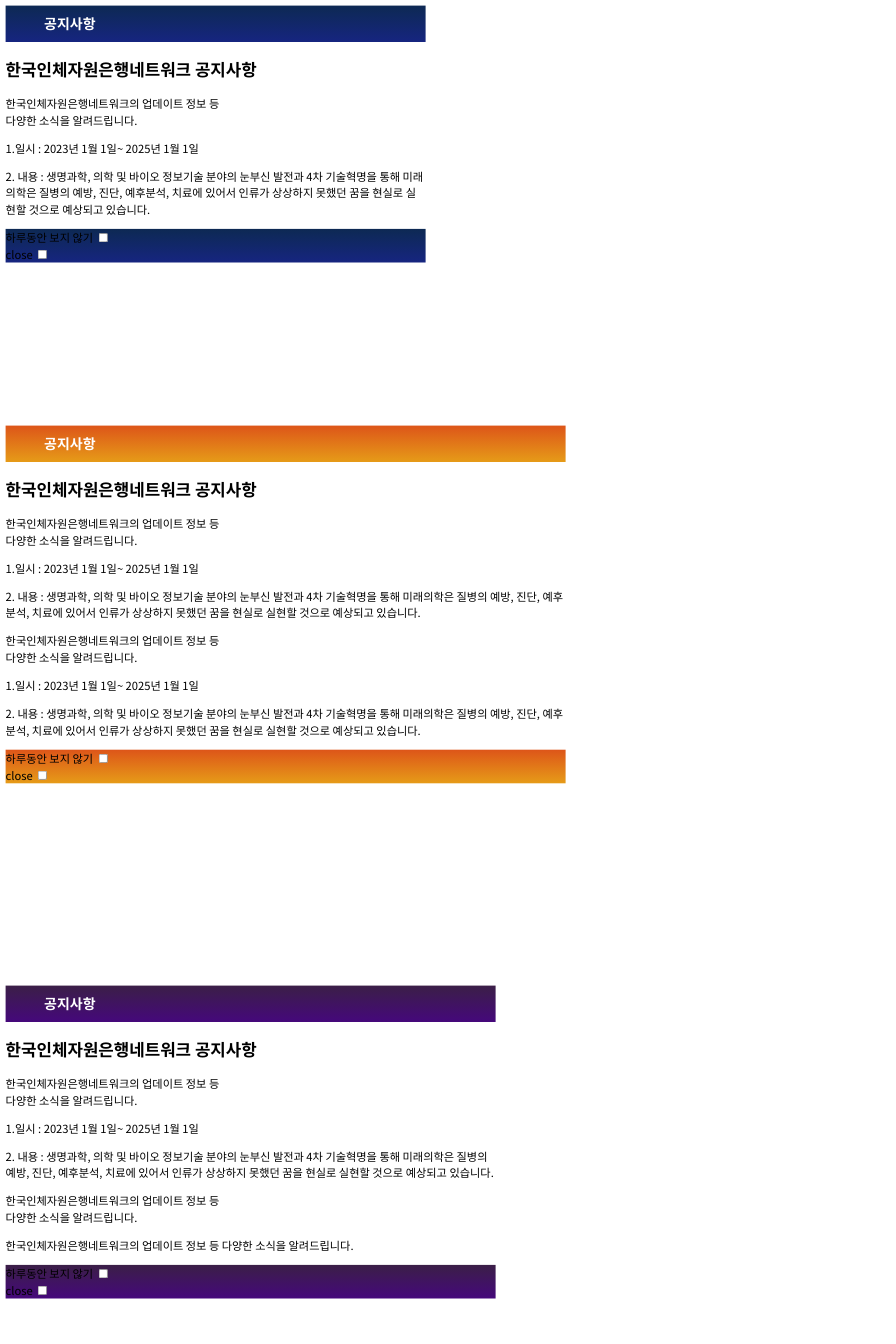
Repository: dlgywls1130/common_popup
Page: img/index.html
These files come from the project's save history. The page is drawn as it stood at one moment and after the next save; the edit follows.
The browser window is 1280 px wide. The pictures show the part of the page from y = 0 to 1920 px (the page is 2616 px tall), at 70% of full size.

Above is the page before, as saved 2023-10-25 23:46:36.

### img/index.html
<!DOCTYPE html>
<html lang="en">
<head>
    <meta charset="UTF-8">
    <meta name="viewport" content="width=device-width, initial-scale=1.0">
    <title>Document</title>

    <link rel="stylesheet" href="./style.css">
</head>
<body>

    <!-- 첫번째 팝업 -->
    <div class="common_modal blue">
        <div class="common_head ">
            공지사항
        </div>
        <div class="common_body">
            <h2 class="common_body_head">
                한국인체자원은행네트워크 공지사항
            </h2>
            <div class="common_body_span">
                한국인체자원은행네트워크의 업데이트 정보 등
                <br>다양한 소식을 알려드립니다.
            </div>
            <div class="common_body_descript">
                <p>1.일시 : 2023년 1월 1일~ 2025년 1월 1일</p>
                <p>2. 내용 : 생명과학, 의학 및 바이오 정보기술 분야의 눈부신
                발전과 4차 기술혁명을 통해 미래의학은 질병의 예방, 진단,
                예후분석, 치료에 있어서 인류가 상상하지 못했던 꿈을 현실로
                실현할 것으로 예상되고 있습니다.</p>
            </div>
        </div>
        <div class="common_footer">
            <div class="day_off">
                <label for="all-none">하루동안 보지 않기</label>
                <input id="all-none" type="checkbox">
            </div>
            <div class="day_off">
                <label for="closechk">close</label>
                <input id="closechk" type="checkbox">
            </div>
        </div>
    </div>

    <!-- 두번째 팝업 -->
    <div class="common_modal orange">
        <div class="common_head">
            공지사항
        </div>
        <div class="common_body">
            <h2 class="common_body_head">
                한국인체자원은행네트워크 공지사항
            </h2>
            <div class="common_body_span">
                한국인체자원은행네트워크의 업데이트 정보 등
                <br>다양한 소식을 알려드립니다.
            </div>
            <div class="common_body_descript">
                <p>1.일시 : 2023년 1월 1일~ 2025년 1월 1일</p>
                <p>2. 내용 : 생명과학, 의학 및 바이오 정보기술 분야의 눈부신
                발전과 4차 기술혁명을 통해 미래의학은 질병의 예방, 진단,
                예후분석, 치료에 있어서 인류가 상상하지 못했던 꿈을 현실로
                실현할 것으로 예상되고 있습니다.</p>
            </div>
            <div class="common_body_span">
                한국인체자원은행네트워크의 업데이트 정보 등
                <br>다양한 소식을 알려드립니다.
            </div>
            <div class="common_body_descript">
                <p>1.일시 : 2023년 1월 1일~ 2025년 1월 1일</p>
                <p>2. 내용 : 생명과학, 의학 및 바이오 정보기술 분야의 눈부신
                발전과 4차 기술혁명을 통해 미래의학은 질병의 예방, 진단,
                예후분석, 치료에 있어서 인류가 상상하지 못했던 꿈을 현실로
                실현할 것으로 예상되고 있습니다.</p>
            </div>
        </div>
        <div class="common_footer">
            <div class="day_off">
                <label for="all-none">하루동안 보지 않기</label>
                <input id="all-none" type="checkbox">
            </div>
            <div class="day_off">
                <label for="closechk">close</label>
                <input id="closechk" type="checkbox">
            </div>
        </div>
    </div>

    <!-- 세번째팝업 -->
    <div class="common_modal purple">
        <div class="common_head">
            공지사항
        </div>
        <div class="common_body">
            <h2 class="common_body_head">
                한국인체자원은행네트워크 공지사항
            </h2>
            <div class="common_body_span">
                한국인체자원은행네트워크의 업데이트 정보 등
                <br>다양한 소식을 알려드립니다.
            </div>
            <div class="common_body_descript">
                <p>1.일시 : 2023년 1월 1일~ 2025년 1월 1일</p>
                <p>2. 내용 : 생명과학, 의학 및 바이오 정보기술 분야의 눈부신
                발전과 4차 기술혁명을 통해 미래의학은 질병의 예방, 진단,
                예후분석, 치료에 있어서 인류가 상상하지 못했던 꿈을 현실로
                실현할 것으로 예상되고 있습니다.</p>
            </div>
            <div class="common_body_span">
                한국인체자원은행네트워크의 업데이트 정보 등
                <br>다양한 소식을 알려드립니다.
            </div>
            <p>한국인체자원은행네트워크의 업데이트 정보 등 다양한 소식을
                알려드립니다.</p>
        </div>
        <div class="common_footer">
            <div class="day_off">
                <label for="all-none">하루동안 보지 않기</label>
                <input id="all-none" type="checkbox">
            </div>
            <div class="day_off">
                <label for="closechk">close</label>
                <input id="closechk" type="checkbox">
            </div>
        </div>
    </div>

    <!-- 네번째 팝업 -->
    <div class="common_modal sky">
        <div class="common_head">
            공지사항
        </div>
        <div class="common_body">
            <h2 class="common_body_head">
                한국인체자원은행네트워크 공지사항
            </h2>
            <div class="common_body_span">
                한국인체자원은행네트워크의 업데이트 정보 등
                <br>다양한 소식을 알려드립니다.
            </div>
            <div class="common_body_descript">
                <p>1.일시 : 2023년 1월 1일~ 2025년 1월 1일</p>
                <p>내용 : 생명과학, 의학 및 바이오 정보기술 분야의
                    눈부신 발전과 4차 기술혁명을 통해 미래의학은</p>
            </div>
        </div>
        <div class="common_footer">
            <div class="day_off">
                <label for="all-none">하루동안 보지 않기</label>
                <input id="all-none" type="checkbox">
            </div>
            <div class="day_off">
                <label for="closechk">close</label>
                <input id="closechk" type="checkbox">
            </div>
        </div>
    </div>
</body>

<script src="main.js"></script>
</html>

### img/style.css


@import url('https://fonts.googleapis.com/css2?family=Noto+Sans+KR:wght@300;400;500;700&display=swap');

/* common modal */

.common_modal{
    font-family: 'Noto Sans KR', sans-serif;
}

.common_modal .common_head{
    height: 52px;
    color: #fff;
    width: 100%;
    text-align: left;
    font-size: 20px;
    font-weight: 700;
    padding: 10px 55px;
    box-sizing: border-box;
}

.common_modal.blue{
    width: 600px;
    height: 600px;
}

.common_modal.orange{
    width: 800px;
    height: 800px;
}

.common_modal.purple{
    width: 700px;
    height: 700px;
}

.common_modal.sky{
    width: 500px;
    height: 500px;
}

.common_modal.blue .common_head,
.common_modal.blue .common_footer
{
    background: linear-gradient(180deg, rgba(13,41,83,1) 0%, rgba(22,37,128,1) 100%);
}

.common_modal.orange .common_head,
.common_modal.orange .common_footer
{
    background: linear-gradient(180deg, rgba(221,85,25,1) 0%, rgba(230,155,24,1) 100%);
}

.common_modal.purple .common_head,
.common_modal.purple .common_footer
{
    background: linear-gradient(180deg, rgba(59,31,71,1) 0%, rgba(69,8,123,1) 100%);
}

.common_modal.sky .common_head,
.common_modal.sky .common_footer
{
    background: linear-gradient(180deg, rgba(13,41,83,1) 0%, rgba(15,91,149,1) 100%);
}

Loaded but not shown: main.js (no copy from this time; the picture is the same without it)

After the next save:
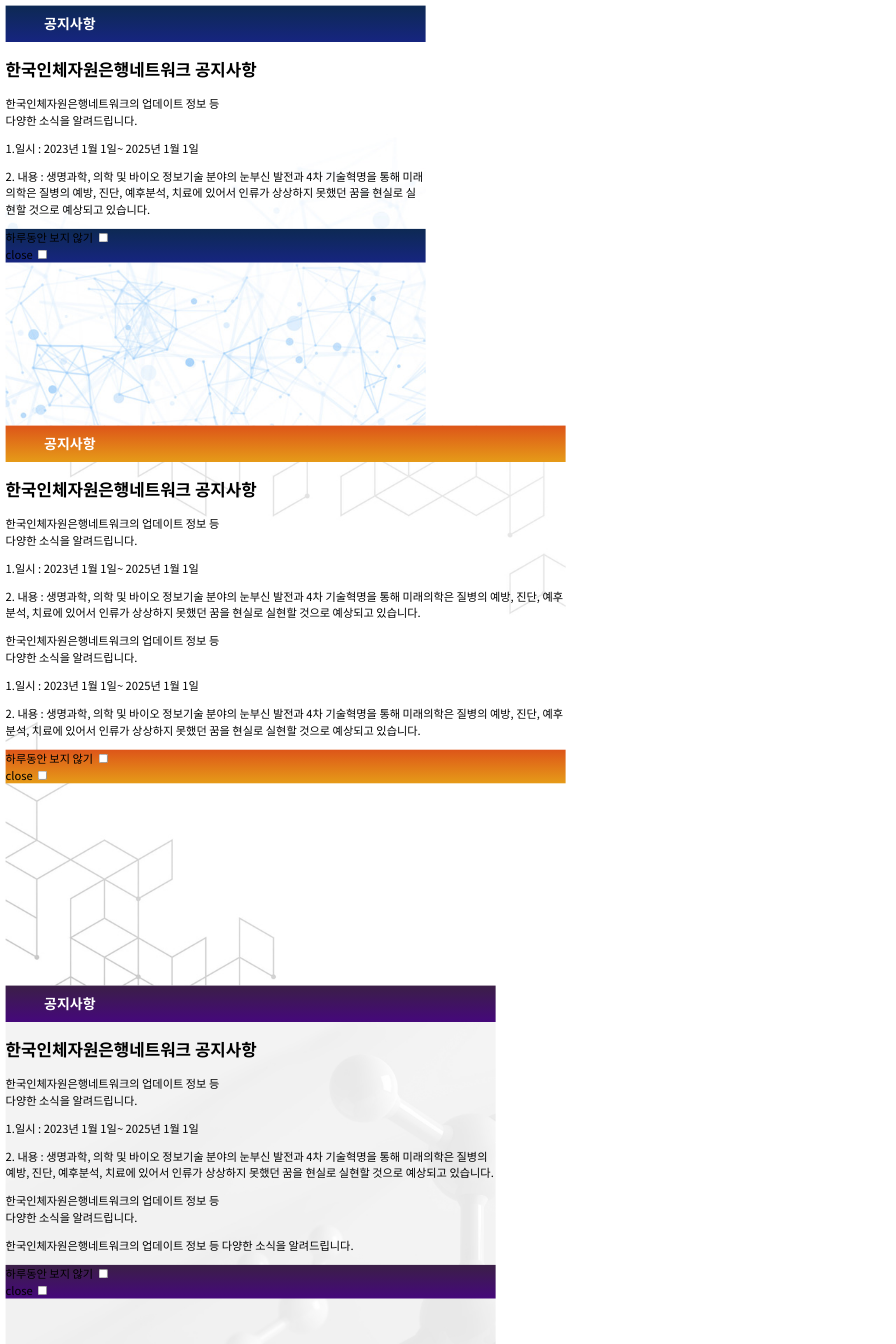
Saved 3 min 48 s later.
--- a/img/style.css
+++ b/img/style.css
@@ -22,21 +22,30 @@
 .common_modal.blue{
     width: 600px;
     height: 600px;
+    background: url('../img/bg1.jpg')no-repeat;
+    background-size: cover;
+
 }
 
 .common_modal.orange{
     width: 800px;
     height: 800px;
+    background: url('../img/bg2.jpg')no-repeat;
+    background-size: cover;
 }
 
 .common_modal.purple{
     width: 700px;
     height: 700px;
+    background: url('../img/bg3.jpg')no-repeat;
+    background-size: cover;
 }
 
 .common_modal.sky{
     width: 500px;
     height: 500px;
+    background: url('../img/bg4.jpg')no-repeat;
+    background-size: cover;
 }
 
 .common_modal.blue .common_head,
